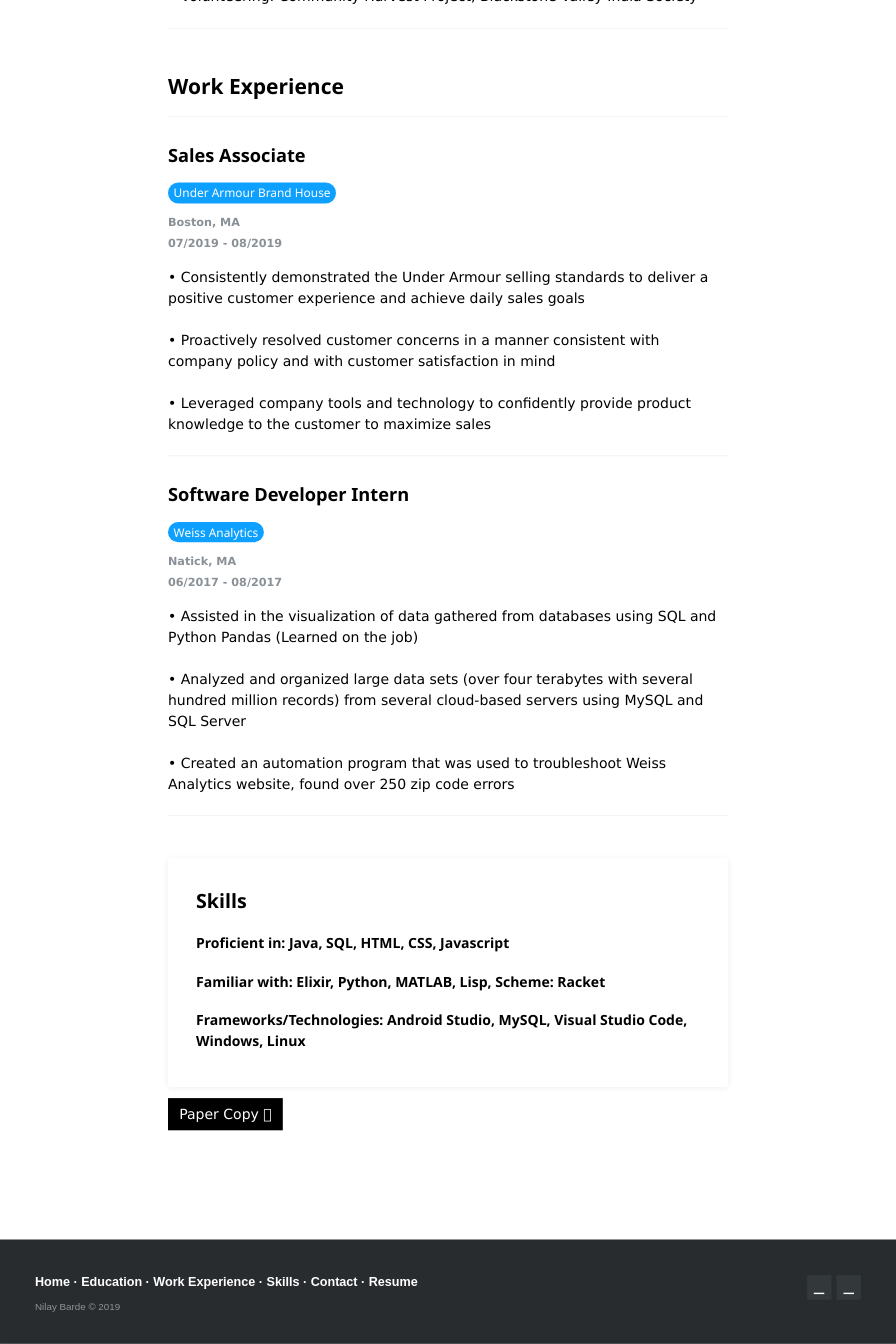
Repository: NilayBarde/Personal-Website
Page: cv.html
The author's editor kept a copy of each file at every save. The page is drawn from the files as they stood at one save, then again after the next save.
The browser window is 1280 px wide. The pictures show the part of the page from y = 924 to 2844 px (the page is 2844 px tall), at 70% of full size.
Some web libraries are served in a nearby version.

Above is the page before, as saved 2019-10-01 15:35:07.

### cv.html
<!DOCTYPE html>
<html>

<head>
    <meta charset="utf-8">
    <meta name="viewport" content="width=device-width, initial-scale=1">
    <title>Nilay Barde | Software Developer</title>
    <link rel="stylesheet" type="text/css" href="assets/css/style.css">
    <link rel="stylesheet" href="https://cdnjs.cloudflare.com/ajax/libs/font-awesome/4.7.0/css/font-awesome.min.css">
    <link rel="stylesheet" href="assets/css/style2.css">
</head>

<body>
    <!-- Top Navigation Menu -->
    <div class="hide-medium hide-large">
        <div class="topnav" id="topnav">
            <a href="index2.html" class="active">Nilay Barde</a>
            <div id="myLinks">
                <a href="#education">Education</a>
                <a href="#work-experience">Work Experience</a>
                <a href="#skills">Skills</a>
                <a href="mailto: nilaybarde@gmail.com">Contact</a>
                <a href="index2.html">Home</a>
            </div>
            <a href="javascript:void(0);" class="icon" onclick="myFunction()">
                <i class="fa fa-bars"></i>
            </a>
        </div>
    </div>



    <!-- Navbar -->
    <div class="navbar">
        <div class="bar white wide padding card hide-small">
            <a href="index2.html" class="nav-bar-item nav-bar-button">Nilay Barde</a>
            <div class="nav-bar-right hide-small">
                <a href="#education" class="nav-bar-item nav-bar-button">Education</a>
                <a href="#work-experience" class="nav-bar-item nav-bar-button">Work Experience</a>
                <a href="#skills" class="nav-bar-item nav-bar-button">Skills</a>
                <a href="mailto: nilaybarde@gmail.com" class="nav-bar-item nav-bar-button">Contact</a>
                <a href="index2.html" id="resume" class="nav-bar-item nav-bar-button">Home</a>
            </div>
        </div>
    </div>

    <section class="cv-block info">
        <div class="container">
            <div class="education group" id="education">
                <h2 class="text-center">Education</h2>
                <div class="item">
                    <div class="row">
                        <div class="col-md-6">
                            <h3>B.S. Computer Science with Finance</h3>
                            <h4 class="organization">Northeastern University</h4>
                        </div>
                        <div class="col-md-6">
                            <time class="period">Boston, MA<br>09/2018 - 12/2022</time>
                        </div>
                    </div>
                    <p class="text-muted">• Relevant Courses: Web Development (Graduate Level), Fundamentals of Computer Science II, Database Design, Macroeconomics, Microeconomics, Financial Management, Management of Information Systems, Business Statistics
                        <br><br>• Awards and Activities: Phi Delta Theta – Community Service Vice President, Hope Loves Company Volunteer, GCP Applied Technologies Scholarship
                    </p>
                </div>
                <div class="item">
                    <div class="row">
                        <div class="col-md-6">
                            <h3>High School</h3>
                            <h4 class="organization">Massachusetts Academy of Math and Science at WPI</h4>
                        </div>
                        <div class="col-md-6">
                            <time class="period">Worcester, MA<br>08/2016 - 05/2018</time>
                        </div>
                    </div>
                    <p class="text-muted">• Relevant Courses: Program Design, Object-Orientated Design Concepts, Calculus I, II, III, IV, Discrete Mathematics, Algorithms
                        <br><br>• Volunteering: Community Harvest Project, Blackstone Valley India Society
                    </p>
                </div>
            </div>
            <div class="work-experience group" id="work-experience">
                <h2 class="text-center">Work Experience</h2>
                <div class="item">
                    <div class="row">
                        <div class="col-md-6">
                            <h3>Sales Associate</h3>
                            <h4 class="organization">Under Armour Brand House</h4>
                        </div>
                        <div class="col-md-6">
                            <time class="period">Boston, MA<br>07/2019 - 08/2019</time>
                        </div>
                    </div>
                    <p class="text-muted">• Consistently demonstrated the Under Armour selling standards to deliver a positive customer experience and achieve daily sales goals
                        <br><br>• Proactively resolved customer concerns in a manner consistent with company policy and with customer satisfaction in mind
                        <br><br>• Leveraged company tools and technology to confidently provide product knowledge to the customer to maximize sales
                    </p>
                </div>
                <div class="item">
                    <div class="row">
                        <div class="col-md-6">
                            <h3>Software Developer Intern</h3>
                            <h4 class="organization">Weiss Analytics</h4>
                        </div>
                        <div class="col-md-6">
                            <time class="period">Natick, MA<br>06/2017 - 08/2017</time>
                        </div>
                    </div>
                    <p class="text-muted">• Assisted in the visualization of data gathered from databases using SQL and Python Pandas (Learned on the job)
                        <br><br>• Analyzed and organized large data sets (over four terabytes with several hundred million records) from several cloud-based servers using MySQL and SQL Server
                        <br><br>• Created an automation program that was used to troubleshoot Weiss Analytics website, found over 250 zip code errors
                    </p>
                </div>
                <div class="group" id="skills">
                    <div class="row">
                        <div class="col-md-6">
                            <div class="skills info-card">
                                <h2>Skills</h2>
                                <h3>Proficient in: Java, SQL, HTML, CSS, Javascript</h3>
                                <h3>Familiar with: Elixir, Python, MATLAB, Lisp, Scheme: Racket</h3>
                                <h3>Frameworks/Technologies: Android Studio, MySQL, Visual Studio Code, Windows, Linux</h3>
                            </div>
                        </div>
                    </div>
                </div>
                <a href="Barde_Nilay_Resume.pdf" target=blank><button class="nav-bar-button black section"> Paper Copy <i
              class="far fa-file"></i>
          </button></a>


            </div>
    </section>
    <footer class="footer-distributed">

        <div class="footer-right">

            <a href="https://www.linkedin.com/in/nilaykbarde/" target=blank><i class="fab fa-linkedin"></i></a>
            <a href="https://github.com/NilayBarde" target=blank><i class="fab fa-github"></i></a>

        </div>

        <div class="footer-left">

            <p class="footer-links">
                <a href="index2.html" id=homefooter>Home</a> ·
                <a href="#education" id=educationfooter>Education</a> ·
                <a href="#work-experience" id=workexperiencefooter>Work Experience</a> ·
                <a href="#skills" id=skillsfooter>Skills</a> ·
                <a href="mailto: nilaybarde@gmail.com" id=contactfooter>Contact</a> ·
                <a href="cv.html" target=blank id=resumefooter>Resume</a>
            </p>

            <p>Nilay Barde &copy; 2019</p>
        </div>

    </footer>

    </main>
</body>
<script src="https://code.jquery.com/jquery-3.2.1.min.js"></script>
<script src="assets/js/script.js"></script>

</html>

### assets/css/style.css
@import url("https://fonts.googleapis.com/css?family=Lato:300,400");
body {
    font-family: 'Lato', sans-serif;
}

.cv-block {
    padding-bottom: 60px;
    padding-top: 60px;
}

.cv-block.info {
    padding-top: 70px;
}

.cv-block.info h2 {
    font-weight: bold;
    margin-bottom: 20px;
}

.cv-block.info h3 {
    font-size: 1.3rem;
}

.cv-block.info .group {
    max-width: 800px;
    margin: auto;
}

.cv-block.info .group:not(:first-child) {
    margin-top: 60px;
}

.cv-block.info .group .period {
    font-size: 0.8rem;
    float: none;
    font-weight: bold;
    margin-top: 4px;
    color: #6c757d;
    opacity: 0.8;
}

.cv-block.info .group .organization {
    font-size: 0.85em;
    background-color: #0ea0ff;
    display: inline-block;
    color: #fff;
    padding: 2px 8px;
    border-radius: 2em;
}

.cv-block.info .education.group .organization {
    background-color: #20c997;
}

.cv-block.info .group .item {
    padding-bottom: 10px;
    margin-bottom: 25px;
    border-bottom: 1px solid #eee;
}

.cv-block.info .group h2+.item {
    padding-top: 25px;
    border-top: 1px solid #eee;
}

.cv-block.info .group .item .row {
    margin-bottom: 5px;
}

.cv-block.info .work-experience h3,
.cv-block.info .education h3 {
    font-weight: bold;
}

.cv-block .info-card {
    padding: 40px;
    box-shadow: 0px 2px 10px rgba(0, 0, 0, 0.075);
    height: 100%;
}

.cv-block .info-card h2 {
    margin-top: 0;
    margin-bottom: 24px;
    font-size: 1.4rem;
}

.cv-block .info-card.skills h3 {
    margin-top: 25px;
    font-size: 1rem;
    font-weight: bold;
}

.cv-block .info-card.skills .progress {
    height: 3px;
}

.cv-block .info-card.contact-info .icon {
    font-size: 1.3em;
    color: #c9c9c9;
    position: relative;
    bottom: 4px;
}

.cv-block.info .hobbies p {
    max-width: 700px;
    margin: auto;
    font-size: 1.2em;
}

.page-footer {
    padding-top: 32px;
    border-top: 1px solid #ddd;
    text-align: center;
    padding-bottom: 20px;
}

.page-footer a {
    display: inline-block;
    margin: 0px 10px;
    color: #282b2d;
    font-size: 18px;
}

.page-footer .links {
    display: inline-block;
}

#educationfooter:hover,
#workexperiencefooter:hover,
#skillsfooter:hover {
    color: #E31B6D;
}

.page-footer .social-icons {
    margin-top: 20px;
    margin-bottom: 16px;
}

.page-footer .social-icons a {
    font-size: 18px;
    margin: 0 3px;
    color: #ffffff;
    border: 1px solid;
    opacity: 0.75;
    border-radius: 50%;
    width: 36px;
    display: inline-block;
    height: 36px;
    text-align: center;
    background-color: #c5c9d2;
    line-height: 34px;
}

.page-footer .social-icons a:hover {
    opacity: 1;
}

Loaded but not shown: assets/js/script.js (48 lines, source omitted); assets/css/style2.css (2100 lines, source omitted)

After the next save:
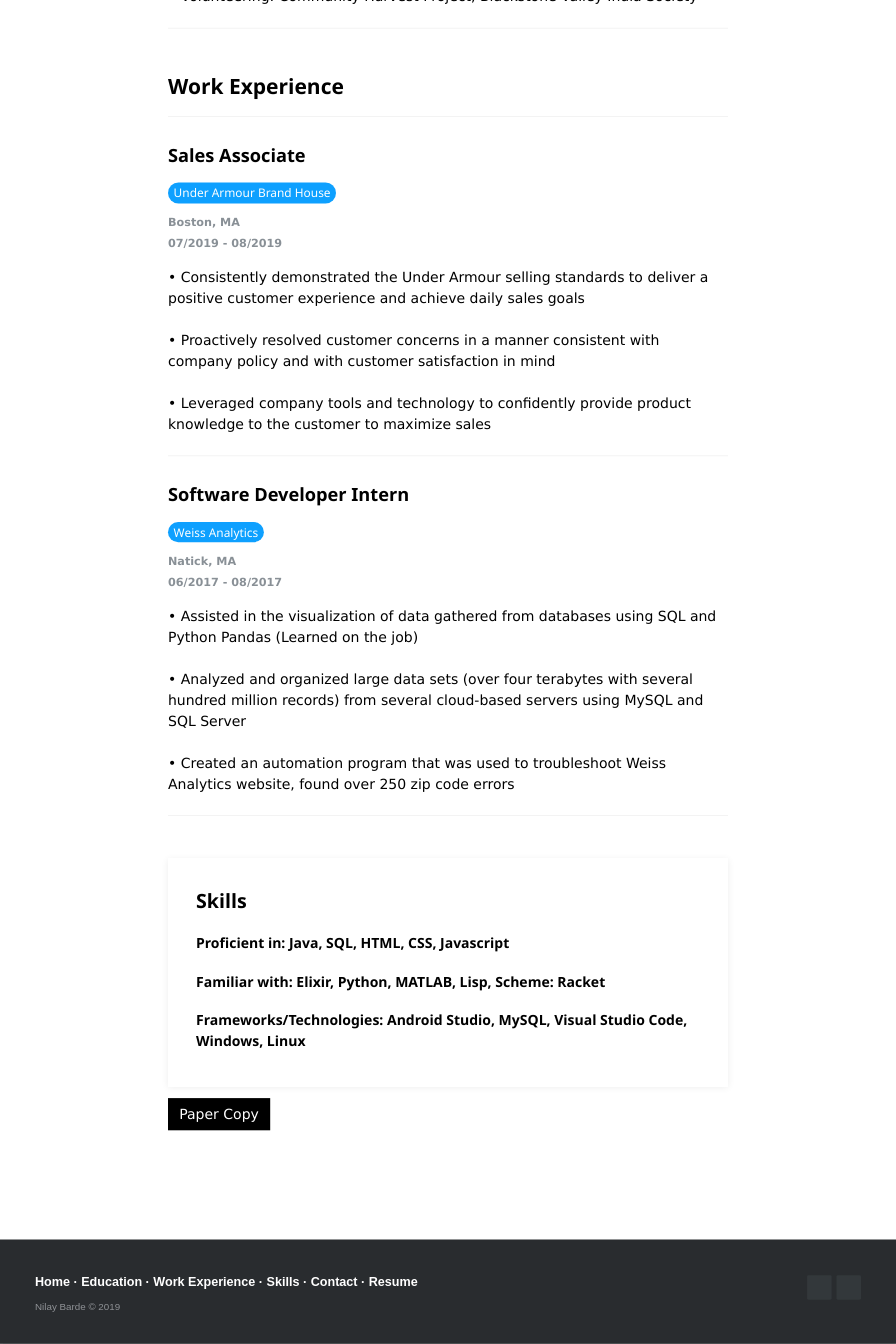
Saved 10 s later.
--- a/cv.html
+++ b/cv.html
@@ -6,7 +6,7 @@
     <meta name="viewport" content="width=device-width, initial-scale=1">
     <title>Nilay Barde | Software Developer</title>
     <link rel="stylesheet" type="text/css" href="assets/css/style.css">
-    <link rel="stylesheet" href="https://cdnjs.cloudflare.com/ajax/libs/font-awesome/4.7.0/css/font-awesome.min.css">
+    <!-- <link rel="stylesheet" href="https://cdnjs.cloudflare.com/ajax/libs/font-awesome/4.7.0/css/font-awesome.min.css"> -->
     <link rel="stylesheet" href="assets/css/style2.css">
 </head>
 
